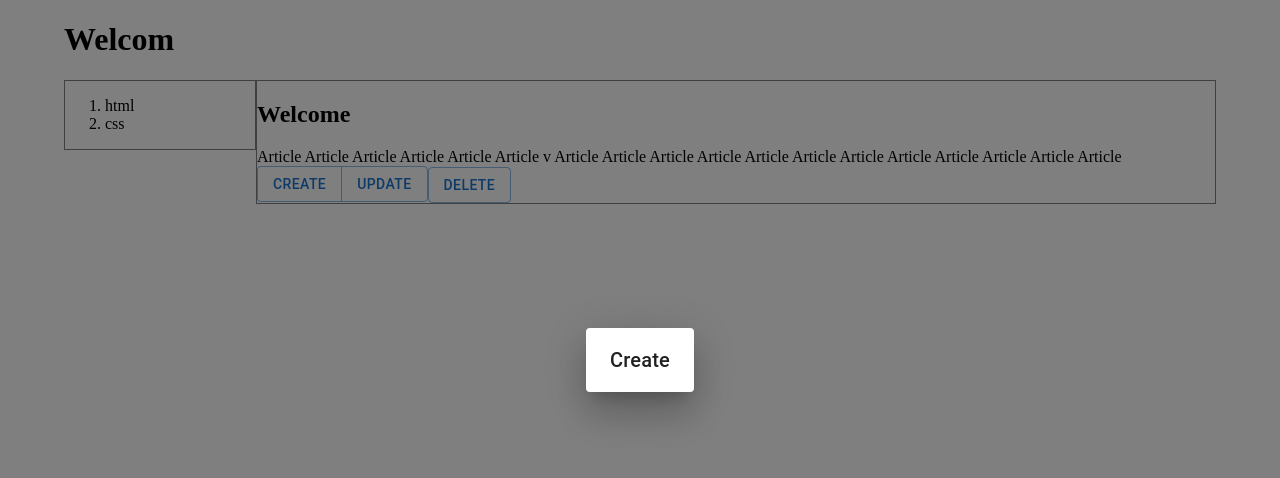
Repository: chlwpdnswku/nextjsportpolioclone
Page: /
An editor plug-in stored every save of this project. The page is shown before and after the next save, followed by the edit.
The browser window is 1280 px wide. The pictures show the whole page.
The project was rebuilt for these pictures with package versions that can differ from the ones it lists, and the page was loaded fresh each time. The framework's server and built-in components were replaced by stand-ins that run in the browser. Also part of the build but not shown: next.config.js.

Above is the page before, as saved 2022-08-05 16:18:16.

After the next save:
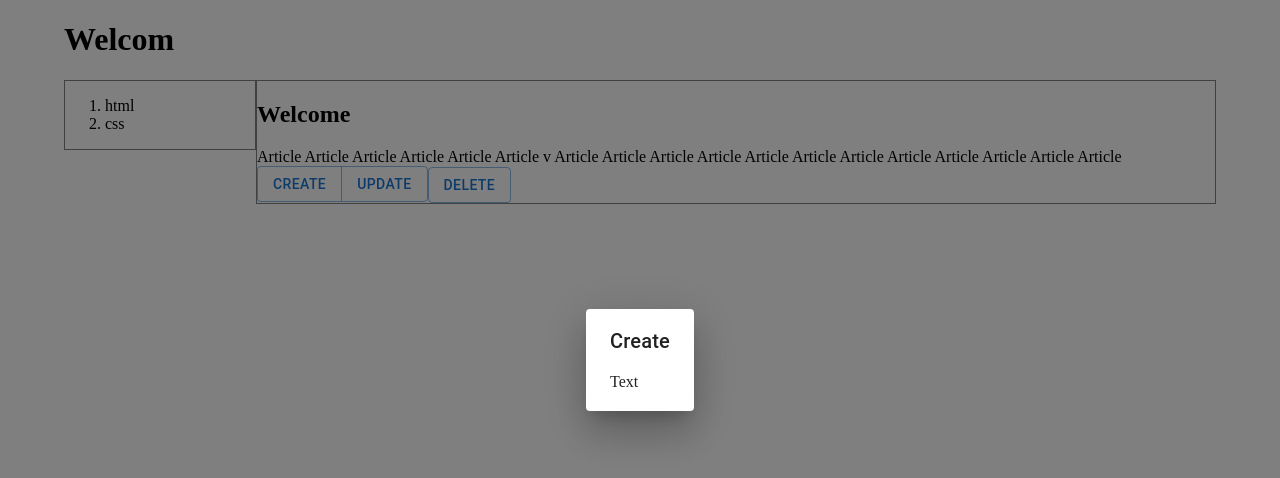
Saved 11 s later.
--- a/pages/index.tsx
+++ b/pages/index.tsx
@@ -63,6 +63,7 @@ function Article() {
       {/* 컨텐츠영역만밝게 표시가된다 */}
       <Dialog open={true}>
         <DialogTitle>Create</DialogTitle>
+        <DialogContent>Text</DialogContent>
       </Dialog>
     </article>
   );
